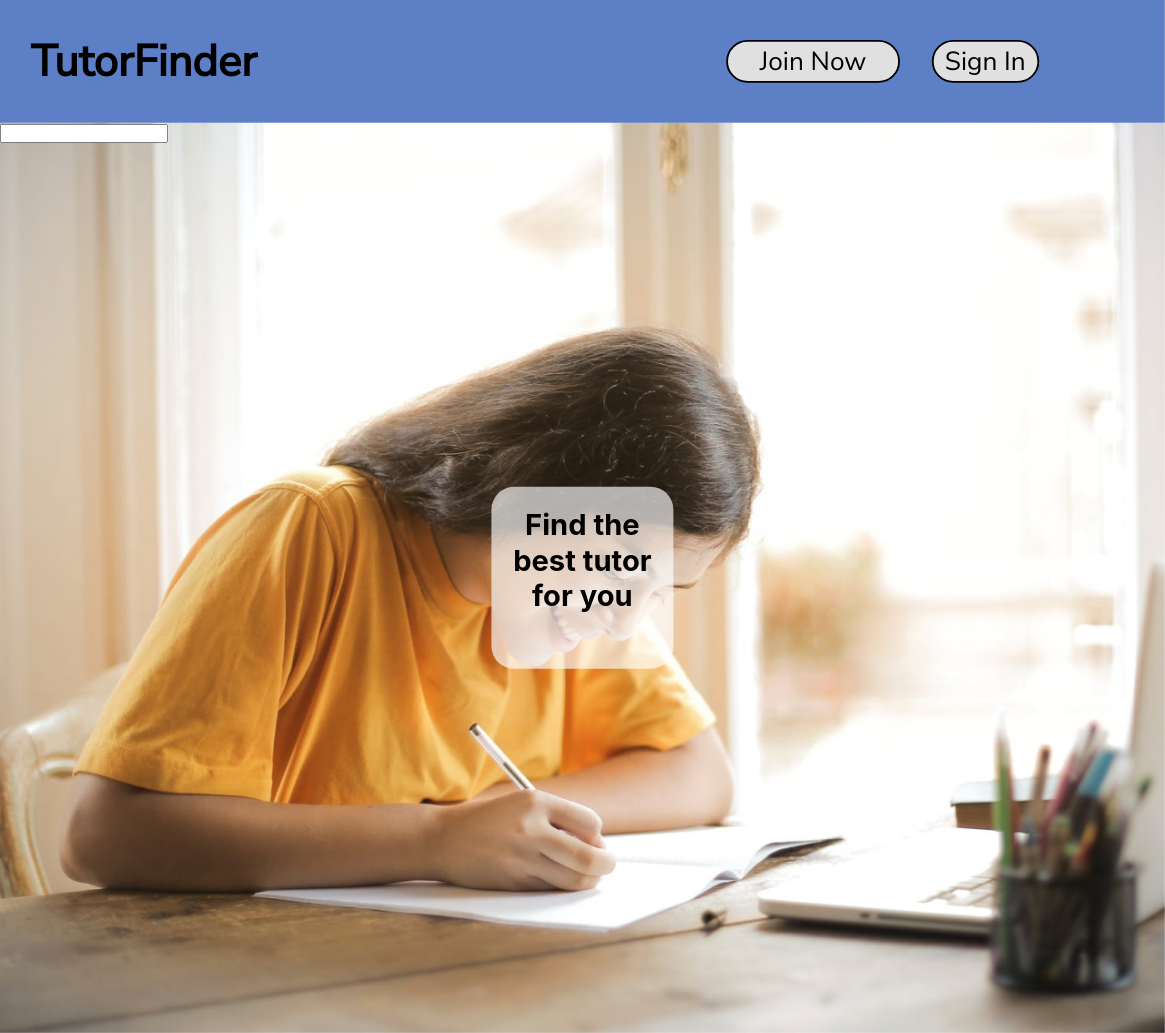
Repository: uprm-inso-4117-2020-2021-s2/semester-project-uprm-inso-4117-2020-2021-s2-team-7
Page: / (app in tutorfinder/)
The author's editor kept a copy of each file at every save. The page is drawn from the files as they stood at one save, then again after the next save.
The browser window is 1280 px wide. The pictures show the whole page, at 91% of full size.
The project was rebuilt for these pictures with package versions that can differ from the ones it lists, and the page was loaded fresh each time. Also part of the build but not shown: tutorfinder/src/App.css.

Above is the page before, as saved 2021-03-29 23:25:42.

### tutorfinder/src/App.js
import React from "react";
import './App.css';
import Nav from './Nav.js';
import Welcome from "./Welcome";




function App() {
  return (

      <div className="">

        <Nav />
     <Welcome/>

      </div>

  );
}



export default App;

### tutorfinder/src/Nav.js
import React from "react";
import "./App.css";
import "./Nav.css"

class Nav extends React.Component {

  render(){

  return (
    <div className="">
  <table className="navBar">
      <tr>
          <td className="left"><h1 className="title">TutorFinder</h1></td>

          <td className="middle "><button className="buttons buttonLetters ">Join Now</button></td>
          <td className="right"><button className="buttons buttonLetters">Sign In</button></td>
      </tr>
      </table>

    </div>
  );
}
}

export default Nav;

### tutorfinder/src/Welcome.js
import React from "react";
import "./App.css";
import "./Welcome.css"
import foto from "./assets/bg.png"

class Welcome extends React.Component {

  render(){

  return (
    <div className="background">

 <div className="square">
<h1>Find the best tutor for you</h1>
<p></p>
 </div>

 <div>
<input type="text"></input>
 </div>

    </div>
  );
}
}

export default Welcome;

### tutorfinder/src/Nav.css
@import url("https://fonts.googleapis.com/css2?family=Nunito+Sans&display=swap");

.title {
  font-family: "Nunito Sans", sans-serif;
  font-style: normal;
  font-weight: bold;
  font-size: 48px;
  line-height: 65px;

}

.navBar {
    table-layout: fixed;
  background-color: #5d7fc5;
  width: 100%;
}

.buttons {
  background: #e0e0e0;
  border-radius: 45px;
  outline: none;
  border-style: solid;

}

.buttonLetters {
  font-family: "Nunito Sans", sans-serif;
  font-style: normal;
  font-weight: 300;
  font-size: 1.8em;
  line-height: 41px;
  text-align: center;
  padding-right: 10%;
  padding-left: 10%;

}

.left{
text-align: left;
padding-left: 2.5%;
width: 50%;
}

.right{
    text-align: left;
    padding-right: 10%;
    width: 20%;
}

.middle{
    /* background-color: red; */
    text-align: right;
    padding-right: 2.5%;
}

### tutorfinder/src/Welcome.css



.background{
background-image: url("./assets/bg.png");
height: 1000px;
width: 100% !important;
position:relative;
}

.square{
    background: rgba(255, 255, 255, 0.65);
border-radius: 25px;
text-align: center;
position:absolute;
top:50%;
left:50%;
width :200px;
height:200px;
margin-left:-100px;
margin-top:-100px;
}

Loaded but not shown: tutorfinder/public/index.html (common file); tutorfinder/src/index.js (common file); tutorfinder/src/index.css (common file); tutorfinder/src/reportWebVitals.js (common file)

After the next save:
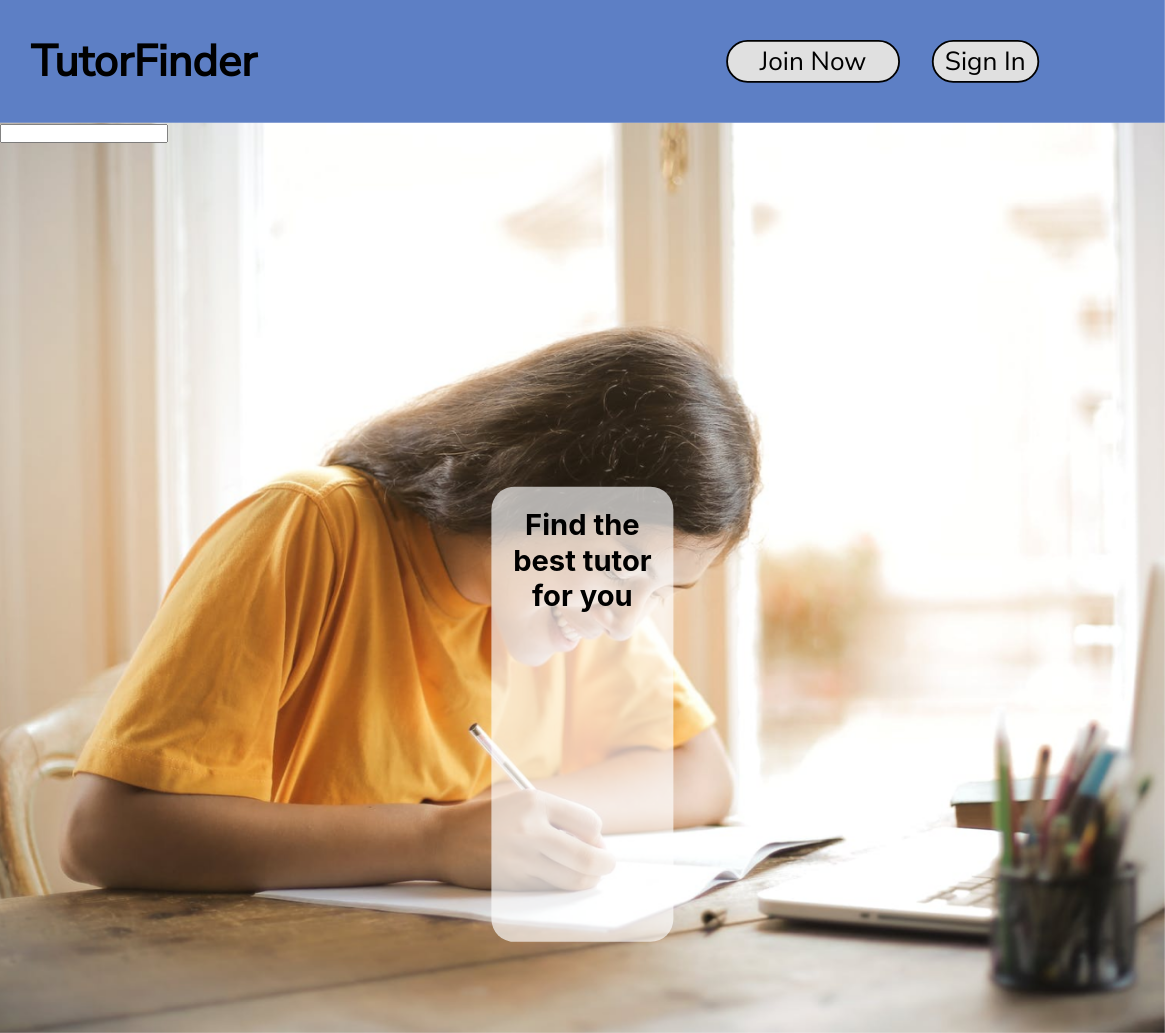
Saved 14 s later.
--- a/tutorfinder/src/Welcome.css
+++ b/tutorfinder/src/Welcome.css
@@ -16,7 +16,7 @@ position:absolute;
 top:50%;
 left:50%;
 width :200px;
-height:200px;
+height:50%;
 margin-left:-100px;
 margin-top:-100px;
 }
